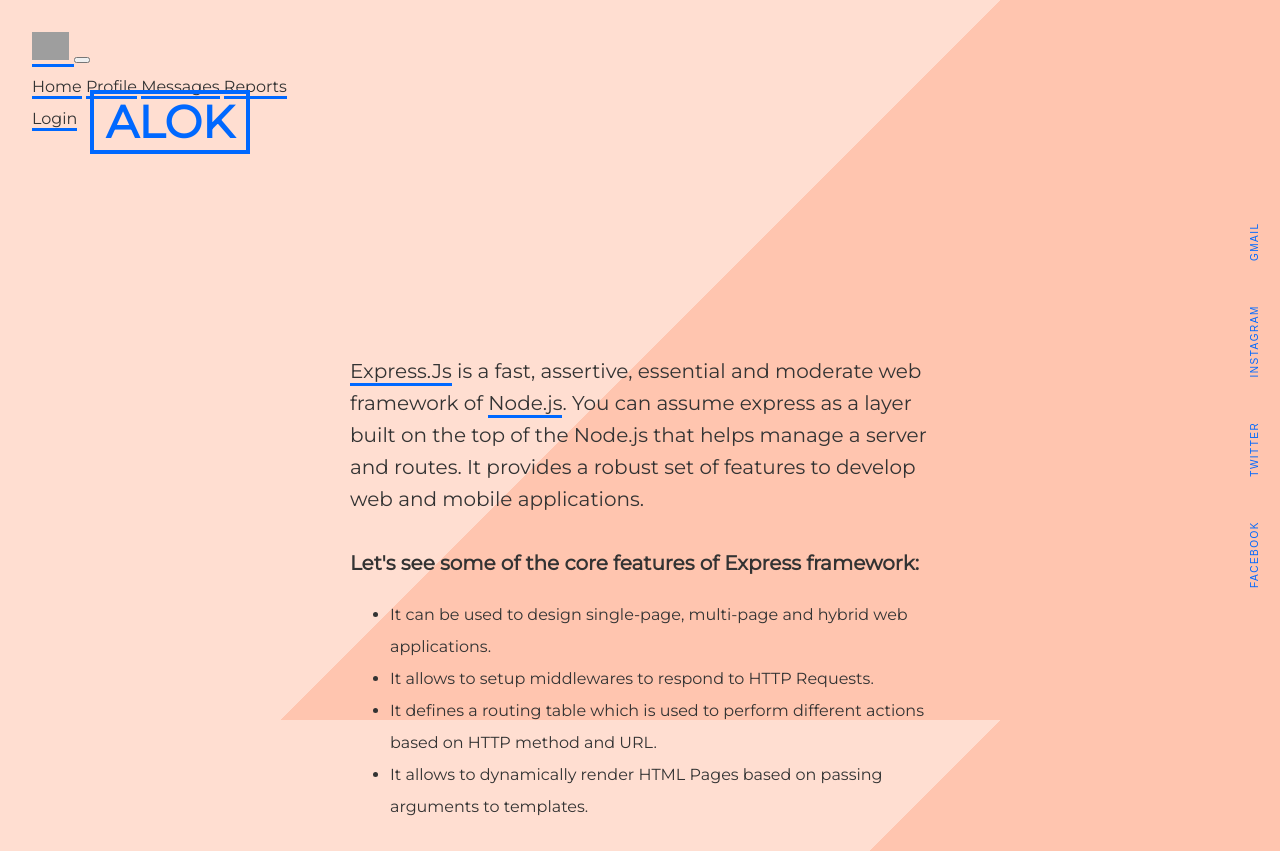
Repository: AalokJadhav/Being_Express.Js
Page: public/Hello_World_Page/index.html
The author's editor kept a copy of each file at every save. The page is drawn from the files as they stood at one save, then again after the next save.
The browser window is 1280 px wide. The pictures show the whole page.
Pictures or frames that could not be fetched are drawn as grey boxes. An inner scrolling area shows only its first screen. Some web fonts or font styles are not loaded; a fallback is used.

Above is the page before, as saved 2020-11-10 03:04:13.

After the next save:
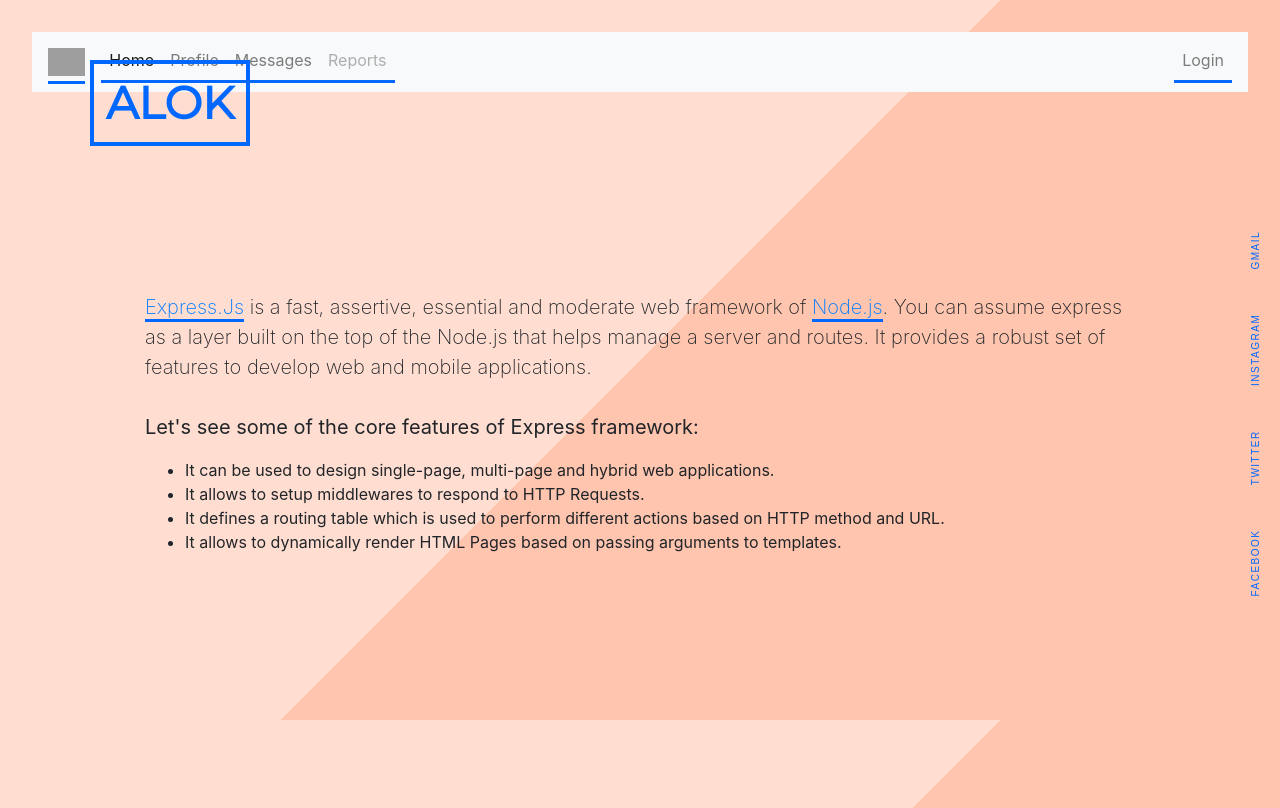
Saved 43 s later.
--- a/public/Hello_World_Page/index.html
+++ b/public/Hello_World_Page/index.html
@@ -8,6 +8,11 @@
   <link rel="stylesheet" type="text/css" href="css/style2.css">
   <link rel="icon" href="favicon.png" type="image/x-icon">
   <title>Hello World</title>
+  <link rel="stylesheet" href="https://stackpath.bootstrapcdn.com/bootstrap/4.5.2/css/bootstrap.min.css">
+<link rel="stylesheet" href="https://maxcdn.bootstrapcdn.com/font-awesome/4.7.0/css/font-awesome.min.css">
+<script src="https://code.jquery.com/jquery-3.5.1.min.js"></script>
+<script src="https://cdn.jsdelivr.net/npm/popper.js@1.16.1/dist/umd/popper.min.js"></script>
+<script src="https://stackpath.bootstrapcdn.com/bootstrap/4.5.2/js/bootstrap.min.js"></script>
 </head>
 
 <body>
